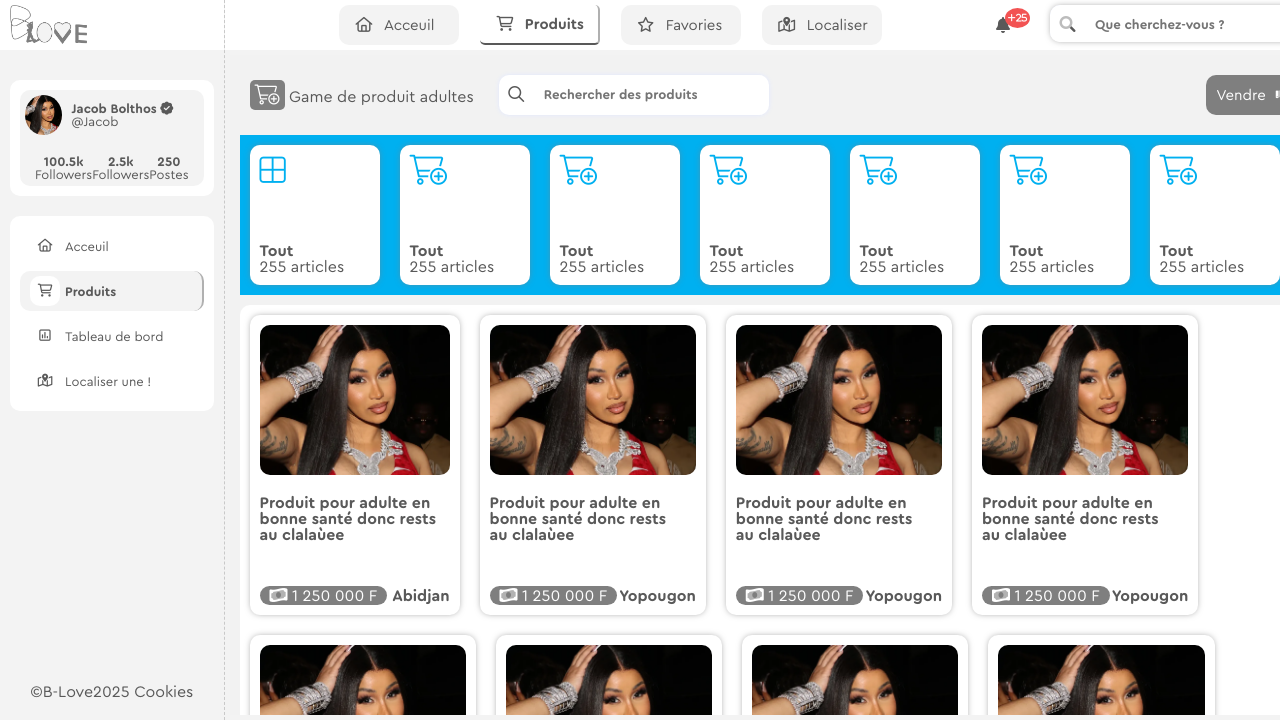
Repository: moomoony-log/b-love
Page: /home/product
The author's editor kept a copy of each file at every save. The page is drawn from the files as they stood at one save, then again after the next save.
The browser window is 1280 px wide. The pictures show the whole page.
The project was rebuilt for these pictures with package versions that can differ from the ones it lists, and the page was loaded fresh each time. Also part of the build but not shown: vite.config.ts, src/rules/legacy.tsx, src/rules/privacy.tsx, src/view/auth.tsx, src/view/main/acceuil.tsx, src/view/main/dashbord.tsx, src/view/main/info-account.tsx, src/view/main/account.tsx and 1 more.

Above is the page before, as saved 2025-10-02 19:09:40.

### index.html
<!--
        ?????????         ?????????        ???????????????????
        ????? ?????     ????? ?????      ??????????   ??????????
        ?????  ?????   ?????  ?????    ????????         ????????
        ?????   ????? ?????   ?????    ??????            ????????
        ?????    ?????????    ?????    ??????            ????????
        ?????      ?????      ?????    ???????          ????????
        ?????                 ?????     ?????????      ????????
        ?????                 ?????        ???????????????????
        ?????                 ?????         ????????????????

    TRAVAIL JUSQU'A CE QU'ON DISE QUE TU ES FRANC-MAÇON
    TRAVAIL JUSQU'A CE QU'ON DISE QUE TU ES FRANC-MAÇON
    TRAVAIL JUSQU'A CE QU'ON DISE QUE TU ES FRANC-MAÇON
-->
<!doctype html>
<html lang="en">
  <head>
    <meta charset="UTF-8">
    <meta name="viewport" content="width=device-width, initial-scale=1.0">
    <meta http-equiv="X-UA-Compatible" content="IE=edge">
    <!-- Inbuilt -->
    <link rel="shortcut icon" href="./img/logoloveb.png" type="image/x-icon">
    <!-- <link rel="stylesheet" href="./vendor/font-awesome-pro/css/all.css">  -->
    <!-- <link rel="stylesheet" href="./css/app.css">  -->
    <title>B!love</title>
  </head>
  <body id="index">
    <div id="main-container"></div>
    <script type="module" src="/src/main.tsx"></script>
  </body>
</html>

### src/main.tsx
import { StrictMode } from 'react'
import { createRoot } from 'react-dom/client'
import App from './app'

createRoot(document.getElementById('main-container')!).render(
  <StrictMode>
    <App />
  </StrictMode>
)

### src/app.tsx

import { createBrowserRouter, RouterProvider } from "react-router-dom";
import Legacy from "./rules/legacy";
import Privacy from "./rules/privacy";
import Main from "./view/main/main";
import Auth from "./view/auth";
import Acceuil from "./view/main/acceuil";
import Dashbord from "./view/main/dashbord";
import "../public/css/app.css"
import "../public/vendor/font-awesome-pro/css/all.css"
import InfoAccount from "./view/main/info-account";
import Account from "./view/main/account";
import BecomeToMember from "./view/main/becomeToMember";
import Product from "./view/main/product";

// import Auth from "./view/auth";

const router =  createBrowserRouter([
	{
		path:'/',
		element:<Auth/>
	},
	{
		path:'/legacy',
		element:<Legacy/>
	},
	{
		path:'/privacy',
		element:<Privacy/>
	},
	{
		path:'/home',
		element:<Main/>,
		children:[
			{
				path:'acceuil',
				element: <Acceuil/>
			},
			{
				path:'dashbord',
				element: <Dashbord/>,
			},
			{
				path: 'product',
				element: <Product/>
			},
			{
				path:'check',
				element: <div>Localisation</div>
			},
			{
				path:'client',
				element: <InfoAccount/>,
				children: [
					{
						path:'compte',
						element: <Account/>
					},
					{
						path:'devenir_membre',
						element: <BecomeToMember/>
					},

				]
			}

		]
	}
])

// --> POINT D'ENTREE DANS L'APP(INDEX --> AUTH)
function App() {
	return <RouterProvider router={router}/>
}

export default App

### src/view/main/product.tsx
import { useEffect, useRef } from "react"
import Input from "../../components/basic/input"
import Button from "../../components/basic/button"

const Product = () => {
    const productRef = useRef<HTMLDivElement>(null)

        useEffect(()=> {
            const parent = productRef.current?.parentElement
            if(parent) parent.setAttribute('data-name', 'product')
            return () => parent?.removeAttribute('data-name')
        }, [])

    return (
        <>
        <div className="products-head" ref={productRef}>
           <div>
                <span><i className="fa-light fa-cart-circle-plus"></i> Game de produit adultes</span>
                <Input icon="fa-regular fa-magnifying-glass" type="text" placeholder="Rechercher des produits" />
           </div>
           <Button children={false} to={false} type="button" name="Vendre" icon="fa-solid fa-handshake" border color="gray" />
        </div>
        <div className="product-category">
            <div className="category-item">
                <i className="fa-light fa-border-all"></i>
                <div>
                    <span>Tout</span>
                    <span>255 articles</span>
                </div>
            </div>
            <div className="category-item">
                <i className="fa-light fa-cart-circle-plus"></i>
                <div>
                    <span>Tout</span>
                    <span>255 articles</span>
                </div>
            </div>
            <div className="category-item">
                <i className="fa-light fa-cart-circle-plus"></i>
                <div>
                    <span>Tout</span>
                    <span>255 articles</span>
                </div>
            </div>
             <div className="category-item">
                <i className="fa-light fa-cart-circle-plus"></i>
                <div>
                    <span>Tout</span>
                    <span>255 articles</span>
                </div>
            </div>
             <div className="category-item">
                <i className="fa-light fa-cart-circle-plus"></i>
                <div>
                    <span>Tout</span>
                    <span>255 articles</span>
                </div>
            </div>
             <div className="category-item">
                <i className="fa-light fa-cart-circle-plus"></i>
                <div>
                    <span>Tout</span>
                    <span>255 articles</span>
                </div>
            </div>
             <div className="category-item">
                <i className="fa-light fa-cart-circle-plus"></i>
                <div>
                    <span>Tout</span>
                    <span>255 articles</span>
                </div>
            </div>
            <div className="bonus">
                f
            </div>
        </div>
        <div className="products-container">

            <div className="product-item">
                <div className="cont-account-img" data-name="product"><img src="../img/cardi_b.webp" alt="account-image"/></div>
                <span className="descrip">Produit pour adulte en bonne santé donc rests au clalaùee</span>
                <div className="detail">
                    <span><i className="fa-duotone fa-solid fa-money-bill-wave"></i> 1 250 000 F</span>
                    <span>Abidjan</span>
                </div>
            </div>
            <div className="product-item">
                <div className="cont-account-img" data-name="product"><img src="../img/cardi_b.webp" alt="account-image"/></div>
                <span className="descrip">Produit pour adulte en bonne santé donc rests au clalaùee</span>
                <div className="detail">
                    <span><i className="fa-duotone fa-solid fa-money-bill-wave"></i> 1 250 000 F</span>
                    <span>Yopougon</span>
                </div>
            </div>
            <div className="product-item">
                <div className="cont-account-img" data-name="product"><img src="../img/cardi_b.webp" alt="account-image"/></div>
                <span className="descrip">Produit pour adulte en bonne santé donc rests au clalaùee</span>
                <div className="detail">
                    <span><i className="fa-duotone fa-solid fa-money-bill-wave"></i> 1 250 000 F</span>
                    <span>Yopougon</span>
                </div>
            </div>
            <div className="product-item">
                <div className="cont-account-img" data-name="product"><img src="../img/cardi_b.webp" alt="account-image"/></div>
                <span className="descrip">Produit pour adulte en bonne santé donc rests au clalaùee</span>
                <div className="detail">
                    <span><i className="fa-duotone fa-solid fa-money-bill-wave"></i> 1 250 000 F</span>
                    <span>Yopougon</span>
                </div>
            </div>
            <div className="product-item">
                <div className="cont-account-img" data-name="product"><img src="../img/cardi_b.webp" alt="account-image"/></div>
                <span className="descrip">Produit pour adulte en bonne santé donc rests au clalaùee</span>
                <div className="detail">
                    <span><i className="fa-duotone fa-solid fa-money-bill-wave"></i> 1 250 000 F</span>
                    <span>Yopougon</span>
                </div>
            </div>
            <div className="product-item">
                <div className="cont-account-img" data-name="product"><img src="../img/cardi_b.webp" alt="account-image"/></div>
                <span className="descrip">Produit pour adulte en bonne santé donc rests au clalaùee</span>
                <div className="detail">
                    <span><i className="fa-duotone fa-solid fa-money-bill-wave"></i> 1 250 000 F</span>
                    <span>Yopougon</span>
                </div>
            </div>
            <div className="product-item">
                <div className="cont-account-img" data-name="product"><img src="../img/cardi_b.webp" alt="account-image"/></div>
                <span className="descrip">Produit pour adulte en bonne santé donc rests au clalaùee</span>
                <div className="detail">
                    <span><i className="fa-duotone fa-solid fa-money-bill-wave"></i> 1 250 000 F</span>
                    <span>Yopougon</span>
                </div>
            </div>
            <div className="product-item">
                <div className="cont-account-img" data-name="product"><img src="../img/cardi_b.webp" alt="account-image"/></div>
                <span className="descrip">Produit pour adulte en bonne santé donc rests au clalaùee</span>
                <div className="detail">
                    <span><i className="fa-duotone fa-solid fa-money-bill-wave"></i> 1 250 000 F</span>
                    <span>Yopougon</span>
                </div>
            </div>
            <div className="product-item">
                <div className="cont-account-img" data-name="product"><img src="../img/cardi_b.webp" alt="account-image"/></div>
                <span className="descrip">Produit pour adulte en bonne santé donc rests au clalaùee</span>
                <div className="detail">
                    <span><i className="fa-duotone fa-solid fa-money-bill-wave"></i> 1 250 000 F</span>
                    <span>Cocody</span>
                </div>
            </div>

        </div>

        </>
    )
}

export default Product

### src/components/basic/button.tsx
// --> BUTTON COMPONENTS

import { forwardRef } from "react"
import { NavLink, useLocation } from "react-router-dom";

interface buttonProps {
    type: 'submit' | 'button',
    name?: string,
    icon?:string,
    color?: string,
    outline?: string,
    small?: 'small' | 'small-1' | 'small-2' | 'small-3',
    navigate?: string,
    children: boolean,
    border?: boolean,
    to: string | false,
    inner?:string,
    disable?:boolean,
    onclick?: () => unknown
}

const Button = forwardRef<HTMLButtonElement, buttonProps>(
  ({ name, icon, color, outline, small, navigate, inner, disable, children,border, to, onclick }, ref) => {
    const location = useLocation()
    return (
      <button
        ref={ref}
        type="button"
        className="ui-btn"
        name={name}
        color={color}
        {...(outline ? { "data-outline": "" } : {})}
        {...(disable ? { disabled: true } : {})}
        {...(navigate ? { "data-navigate": "" } : {})}
        {...(inner ? { "data-inner": "" } : {})}
        {...(small ? { "data-size" : small} : {})}
        {...(border ? { "data-border": "" } : {})}
        {...(to && location.pathname === to ? { "data-active": "" } : {})}
        onClick={onclick}
      >
        { (!children && !to ) && name } { icon && (!children && !to ) && <i className={icon}></i> }

        { (children && to) && <NavLink to={to}>  <i className={icon}></i>  {name} </NavLink> }

      </button>
    );
  }
);

export default Button

### public/css/config/config.css
/* Style global de configuration */

/* Police d'ecriture */
/* Cera */
@font-face{
    font-family: 'Cera';
    src: url('../../font/cera-round-pro/CeraRoundPro-Bold.otf');
    font-weight: bold;
}
@font-face {
    font-family: 'Cera';
    src: url('../../font/cera-round-pro/CeraRoundPro-Regular.otf');
    font-weight: normal;
}

/* body{
    display: flex !important;
    padding: 5px;
    height: 100%;
    width: 100%;
    position: absolute;
    top: 0;
    left: 0;
    overflow: hidden;
} */
body *{
    box-sizing: border-box;
    font-family: 'Cera', sans-serif;
    font-weight: bold;
}

button:focus, input:focus, textarea:focus, select:focus {
    outline: none;
}

button {
    cursor: pointer;
    border: none;
}

h1, h2, h3, h4, h5, p {
    color: inherit;
    margin: 0;
    padding: 0;
    text-decoration: inherit;
}

img{
    height: inherit;
    max-width: 100%;
}

### public/css/component/components.css
 /* Imporation des dependances */
 @import url('input.css');
 @import url('button.css');
 @import url('img.css');
 @import url('notification.css');
 @import url('loader.css');
 @import url('table.css');
 @import url('./modals/modal.css');

 @keyframes text{
    0%{
        transform: translateX(100%);
    }
    100%{
        transform: translateX(-100%);
    }
 }

### public/css/views.css
/* --> Css relative à toutes les vues communes  */
@import url('views/auth.css');
@import url('views/legacy.css');
@import url('views/privacy.css');

### public/css/animation.css
@keyframes reotateInner {
    from {
       transform: rotate(0);
    }
    to{
       transform: rotate(180deg);
    }
 }
 @keyframes Online {
    0%, 100% {
       transform: scale(1.5);
       opacity: 1;

    }
    50% {
       transform: scale(0.5);
       /* opacity: 0.5; */
    }
 }
  @keyframes Online2 {
    0%, 100% {
       opacity: 1;

    }
    50% {
       opacity: 0.5;
    }
 }
 @keyframes spin {
   0%{
      transform: rotate(0deg);
   }
   100%{
      transform: rotate(360deg);
   }

 }
  @keyframes opa {
   0%{
      opacity: .4;
   }
   100%{
      opacity: 1;
   }

 }

### public/css/utils/utils.css
@import url('variable.css');
@import url('helper.css');

### public/css/utils/variable.css
/* Variables */
:root{
    --color-white: #ffffff;
    --color-gray-soft: #F6F8FA;
    --color-gray-medium: #b0b0b0;
    --color-gray-hard: #595959;
    --color-gray-hard-1: #7f7f7f;
    /* --color-gray-hard-3: #d4d2d246; */
    --color-gray-hard-3: #f2f2f2e7;
    --color-gray-hard-5: #f2f2f2;
    --color-gray-hard-4: #5959592f;
    --color-blue-lite: #dbf5ff;
    --color-blue-soft: #00B0F0;
    --color-blue-soft-2: #9ab9dc;
    --color-blue-hard: #2A6EBB;
    --color-green-lite: #aefecf;
    --color-green-lite-2: #80d6a4;
    --color-green-hard: #41cf7c;
    --color-red-lite: #ffcdcd;
    --color-red-soft: #f58e8e;
    --color-red-hard: #f25353;
    --shadow-one: 0 0 5px #eee;
    --shadow-two: 0 0 5px #84b1c3;
    --shadow-3: 0 0 4px #bababa;
    --bezier-1: cubic-bezier(0.68, -0.55, 0.27, 1.55);
}

### public/css/utils/helper.css
/* cool-scroll-bar */
.cool-scroll-bar::-webkit-scrollbar{
    width: 3px;
    height: 3px;
    border-radius: 50px !important;
    background-color: var(--color-gray-soft);
    box-shadow: 0 0 5px var(--color-gray-soft);
}
.cool-scroll-bar::-webkit-scrollbar-thumb{
    background-color: var(--color-gray-medium);
    border-radius: 50px !important;
}

### public/css/views/legacy.css
.legacy {
    z-index: 10;
    height: 100%;
    padding: 20px;
    overflow: auto;
}
.legacy p{
    font-size: 40px;
}

### public/css/views/privacy.css
.privacy {
    z-index: 10;
    height: 100%;
    padding: 20px;
    overflow: auto;
}
.privacy p{
    font-size: 40px;
}

### public/css/component/loader.css

/* CSS DU COMPOSANT DE CHRAGEMENT */
#loader{
    position: absolute;
    display: flex;
    flex-direction: column;
    width: 100%;
    gap: 10px;
    height: 100%;background-color: rgba(255, 255, 255, 0.744);
    justify-content: center;
    align-items: center;
    z-index: 1000;
}

#loader .spinner{
    height: 60px;
    width: 60px;
    display: flex;
    justify-content: center;
    align-items: center;
    position: relative;
    animation: spin 2s linear infinite;
}
#loader .spinner::before{
    content: '';
    height: 100%;
    width: 100%;
    position: absolute;
    border-radius: 50%;
    border: solid 4px var(--color-gray-hard-3);
}
#loader .spinner::after{
    content: '';
    height: 100%;
    width: 100%;
    position: absolute;
    border-radius: 50%;
    border: solid 4px transparent;
    border-left-color:var(--color-gray-hard-1);
    animation: spin 0.8s linear infinite, opa 0.8s ease-in-out infinite alternate-reverse;
}
#loader img{
    width: 95px;
    height: 50px;
}
#loader i{
    font-size: 20px;
}
#loader .i{
   background-color: var(--color-gray-hard-);
   padding: 7px;
   display: flex;
   align-items: center;
   justify-content: center;
   border-radius: 5px;
}

### public/css/component/table.css
.infos-personnels[data-name="statut"] .availability table{
    border-collapse: collapse;
    width: 100%;
    background-color: var(--color-white);
    text-align: center;
    font-size: 13px;
}
.availability table th,
.availability table td{
    height: 40px;
    padding: 3px;
}
.availability table td:last-child{
    text-align: right;
}
.availability table tbody tr:hover{
    background-color: var(--color-gray-hard-3);
}

.cont-my-post table{
    width: 100%;
    border-spacing: 0 5px;
    background-color: var(--color-white);
    text-align: center;
    padding: 5px;
    border-radius: 5px;
}
.cont-my-post table tbody td:last-child button{
    background-color: white;
    margin-left: 5px;
}
.cont-my-post table tbody tr:hover td{
    background-color: var(--color-white);
}
.cont-my-post table tbody tr:hover td:last-child button{
    background-color: var(--color-gray-hard-3);
}

.cont-my-post table tbody td{
    padding: 5px;
    background-color: var(--color-gray-hard-3);
    font-weight: lighter;
    margin: 10px;
}
.cont-my-post table tbody td:last-child{
    text-align: right;
}


@media (max-width: 855px) {
    .cont-my-post table{
        font-size: 12px;
    }
    .cont-my-post table tbody td:last-child{
        display: flex;
        flex-direction: column;
        margin: 0;
        gap: 5px;
    }
}

@media (max-width: 355px) {
    .cont-my-post table tbody td:last-child{
        font-size: 11px;
    }
}

### public/css/component/modals/publication.css
.modal[name="publication"] .box .body{
   display: flex;
   background-color: var(--color-white);
}

### public/css/component/modals/confirm.css
.modal[name="confirm"] .box .body{
   display: flex;
   background-color: var(--color-white);
   display: flex;
   flex-direction: column;
   justify-content: center;
   align-items: center;
   position: relative;
}
.modal[name="confirm"] .box .body::after{
    content: '';
    height: 100%;
    width: 100%;
    border-radius: 10px;
    position: absolute;
    animation: Online2 1s ease-in-out infinite;
}
.modal[name="confirm"] .box .body .icon{
    height: 75px;
    width: 75px;
    font-size: 50px;
    line-height: 75px;
    text-align: center;
    border-radius: 10px;
    margin-bottom: 5px;
}
.modal[name="confirm"] .box .body .title{
    font-size: 20px;
    margin-bottom: 20px;
}
.modal[name="confirm"] .box .body .confirm-text{
    font-weight: lighter;
}

.modal[name="confirm"] .box .body[type="exit"]::after{
    background-color: rgba(255, 17, 17, 0.066);
}
.modal[name="confirm"] .box .body[type="exit"] .icon{
    box-shadow: 0 0 7px -4px var(--color-red-hard);
    background-color: var(--color-red-lite);
    color: var(--color-red-soft);
}
.modal[name="confirm"] .box .body[type="exit"] .title{
    color: var(--color-red-soft);
}

.modal[name="confirm"] .box .body[type="good"]::after{
    background-color: rgba(17, 184, 255, 0.077);
}
.modal[name="confirm"] .box .body[type="good"] .icon{
    box-shadow: 0 0 7px -4px var(--color-blue-hard);
    background-color: var(--color-blue-lite);
    color: var(--color-blue-soft);
}
.modal[name="confirm"] .box .body[type="good"] .title{
    color: var(--color-blue-soft);
}

### src/utils/utils.ts
class Utils {

    static emailValidation(email: string) : boolean {
        const emailRegex :RegExp = /^[^\s@]+@[^\s@]+\.[^\s@]+$/
        return emailRegex.test(email)
    }

    static inputValue(value: string, minLenght: number) : boolean {
        const inputRegex :RegExp = /^[A-Za-zÀ-ÖØ-öø-ÿ\s]+$/

        if (value.length > minLenght && inputRegex.test(value)) return inputRegex.test(value)
        else return false
    }

    static passwordValidation = (value: string):boolean => {
        const passwordRegex: RegExp = /^(?=.*?[A-Z])(?=.*?[a-z])(?=.*?[0-9])(?=.*?[#?!@$%^&*-]).{8,}$/g
        if (passwordRegex.test(value)) return true
        else return false
    }

    static otpValidation = (value: string):boolean => {
        const otpRegex : RegExp = /^[0-9]+$/gm
        if(otpRegex.test(value) && value.length === 1) return true
        else return false
    }

}

export default Utils

Loaded but not shown: public/vendor/font-awesome-pro/css/all.css (library); public/css/app.css (2276 lines, source omitted); src/view/main/main.tsx (179 lines, source omitted); src/components/basic/input.tsx (178 lines, source omitted); public/css/views/auth.css (265 lines, source omitted); public/css/component/input.css (225 lines, source omitted); public/css/component/button.css (210 lines, source omitted); public/css/component/notification.css (126 lines, source omitted); public/css/component/img.css (128 lines, source omitted); public/css/component/modals/modal.css (79 lines, source omitted)

After the next save:
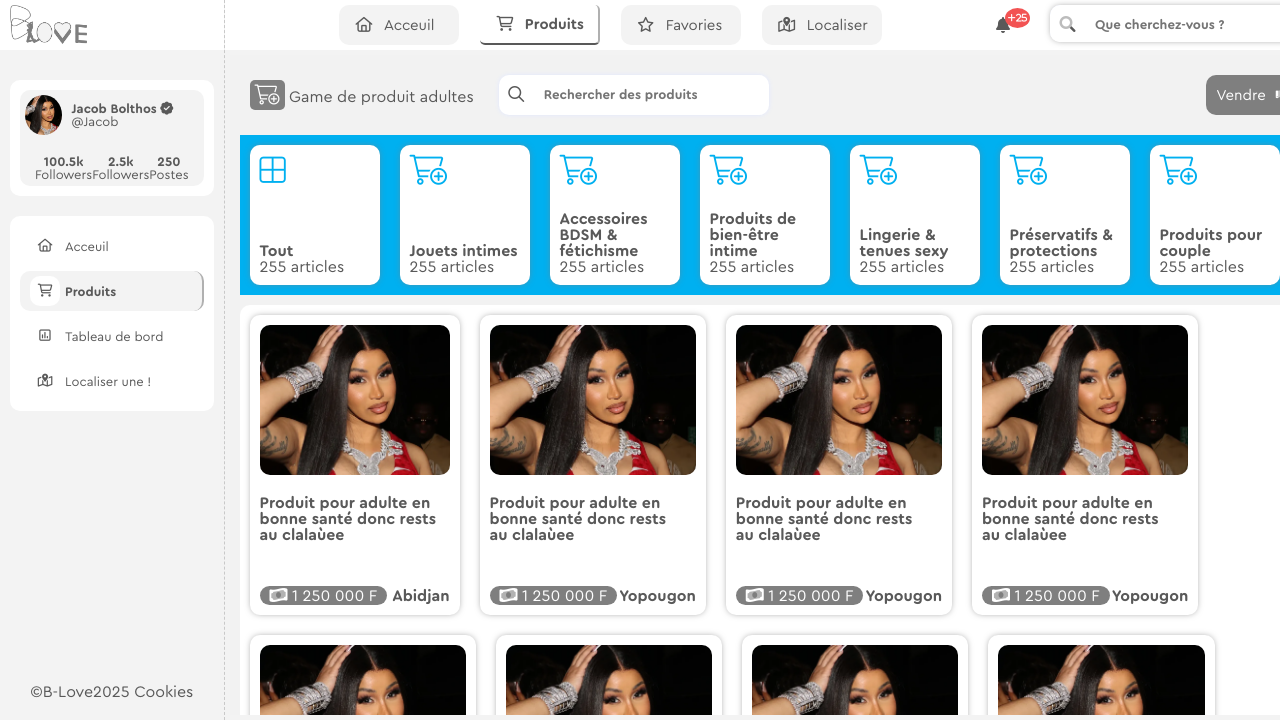
Saved 2 min 55 s later.
--- a/src/view/main/product.tsx
+++ b/src/view/main/product.tsx
@@ -31,42 +31,42 @@ const Product = () => {
             <div className="category-item">
                 <i className="fa-light fa-cart-circle-plus"></i>
                 <div>
-                    <span>Tout</span>
+                    <span>Jouets intimes</span>
                     <span>255 articles</span>
                 </div>
             </div>
             <div className="category-item">
                 <i className="fa-light fa-cart-circle-plus"></i>
                 <div>
-                    <span>Tout</span>
+                    <span>Accessoires BDSM & fétichisme</span>
                     <span>255 articles</span>
                 </div>
             </div>
              <div className="category-item">
                 <i className="fa-light fa-cart-circle-plus"></i>
                 <div>
-                    <span>Tout</span>
+                    <span>Produits de bien-être intime</span>
                     <span>255 articles</span>
                 </div>
             </div>
              <div className="category-item">
                 <i className="fa-light fa-cart-circle-plus"></i>
                 <div>
-                    <span>Tout</span>
+                    <span>Lingerie & tenues sexy</span>
                     <span>255 articles</span>
                 </div>
             </div>
              <div className="category-item">
                 <i className="fa-light fa-cart-circle-plus"></i>
                 <div>
-                    <span>Tout</span>
+                    <span>Préservatifs & protections</span>
                     <span>255 articles</span>
                 </div>
             </div>
              <div className="category-item">
                 <i className="fa-light fa-cart-circle-plus"></i>
                 <div>
-                    <span>Tout</span>
+                    <span>Produits pour couple</span>
                     <span>255 articles</span>
                 </div>
             </div>
